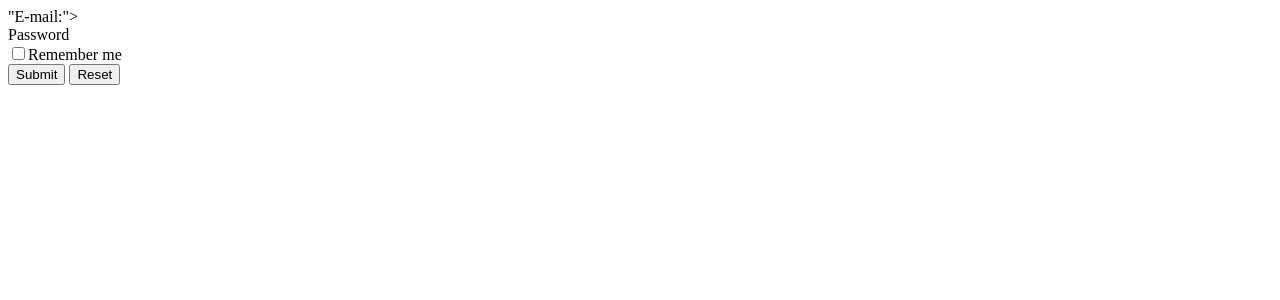
Repository: BragadeeshChandrasekar/my-bookshelf
Page: http://localhost/booksales/login.jsp
The author's editor kept a copy of each file at every save. The page is drawn from the files as they stood at one save, then again after the next save.
The browser window is 1280 px wide. The pictures show the whole page.
The page is served by Tomcat 9.

Above is the page before, as saved 2016-06-09 09:12:20.

After the next save:
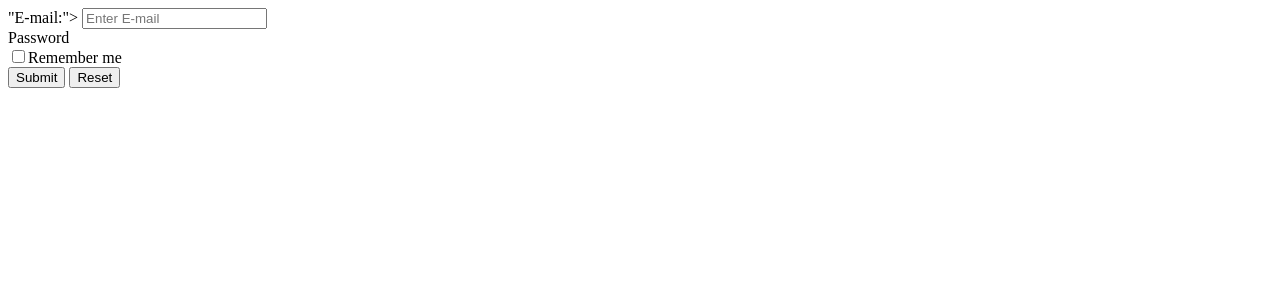
Saved 7 min 47 s later.
--- a/booksales/WebContent/login.jsp
+++ b/booksales/WebContent/login.jsp
@@ -7,12 +7,14 @@
 <title>Log-In</title>
 </head>
 <body>
+<form role="form">
 <div class="form-group">
 <label for= e-mail>"E-mail:"></label>
+<input type="e-mail" class="form control" id="e-mail" placeholder="Enter E-mail">
 </div>
 <div class="form-group">
 <label for="pwd">Password</label>
-<input-type="password" class="form control" id="pwd">
+<input-type="password" class="form control" id="pwd" placeholder="Enter password">
 </div>
 <div class="checkbox"><label><input type="checkbox">Remember me</label></div>
 <button type="submit" class="btn-btn primary">Submit</button>
